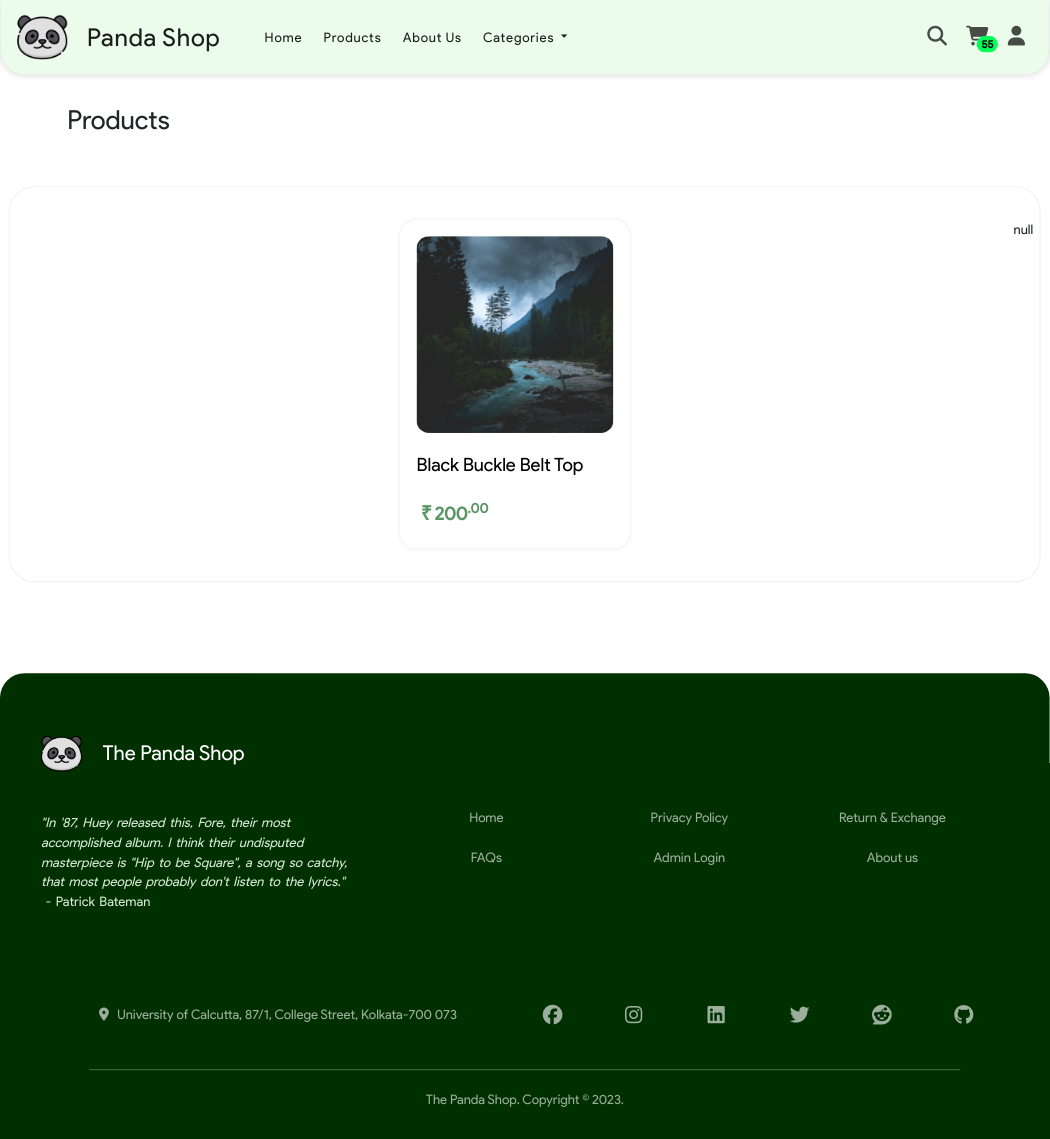
Repository: Anindyait/Panda-web-project
Page: http://localhost/Project1/productList.jsp
These files come from the project's save history. The page is drawn as it stood at one moment and after the next save; the edit follows.
The browser window is 1280 px wide. The pictures show the whole page, at 82% of full size.
Some web fonts or font styles are not loaded; a fallback is used. Some web libraries are served in a nearby version. The page is served by Tomcat 9. The template is opened directly, without the code that normally fills it, so the values that code supplies are empty.

Above is the page before, as saved 2022-12-31 19:37:46.
Console error: TypeError: $(...).dropdown is not a function

After the next save:
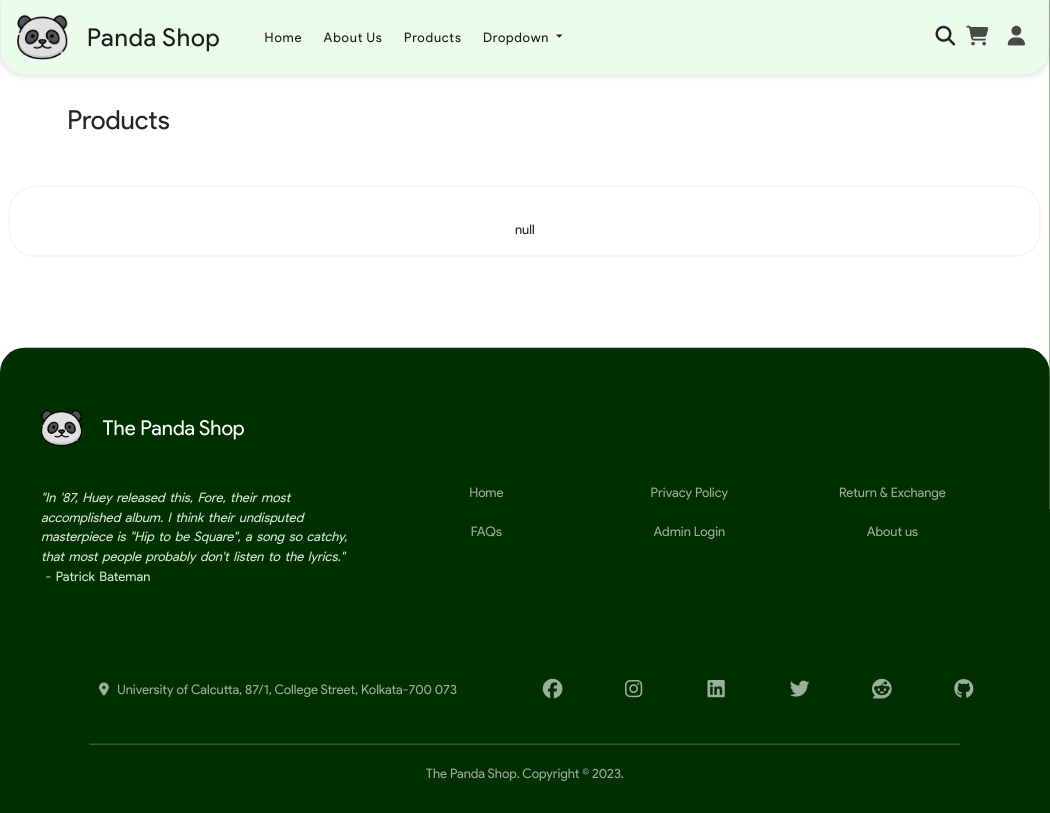
Saved 31 min 8 s later.
--- a/Project1/src/main/webapp/productList.jsp
+++ b/Project1/src/main/webapp/productList.jsp
@@ -36,7 +36,7 @@
 
     <script>
 		$(function () {
-			$("#header").load("header.html");
+			$("#header").load("header.jsp");
 			$("#footer").load("footer.html");
 		});
 	</script>
@@ -78,17 +78,7 @@
             </div>
         -->
 
-            <div class="col list-padding">
-                <a href="#2" class="product-link" data-toggle="tooltip" title="Item 2!">
-                    <div class="product">
-                        <img src="Pics/scene2.jpg" class="card-img-top round" alt="...">
-                        <div class="card-body">
-                                <h5 class=" list-title">Black Buckle Belt Top</h5>
-                                <p class="card-text list-price"><span class="rupees">&#8377;</span>200<sup>.00</sup></p>
-                            </div>
-                    </div>
-                </a>
-            </div>
+
 
             <%= request.getAttribute("product_cards")%>
 
